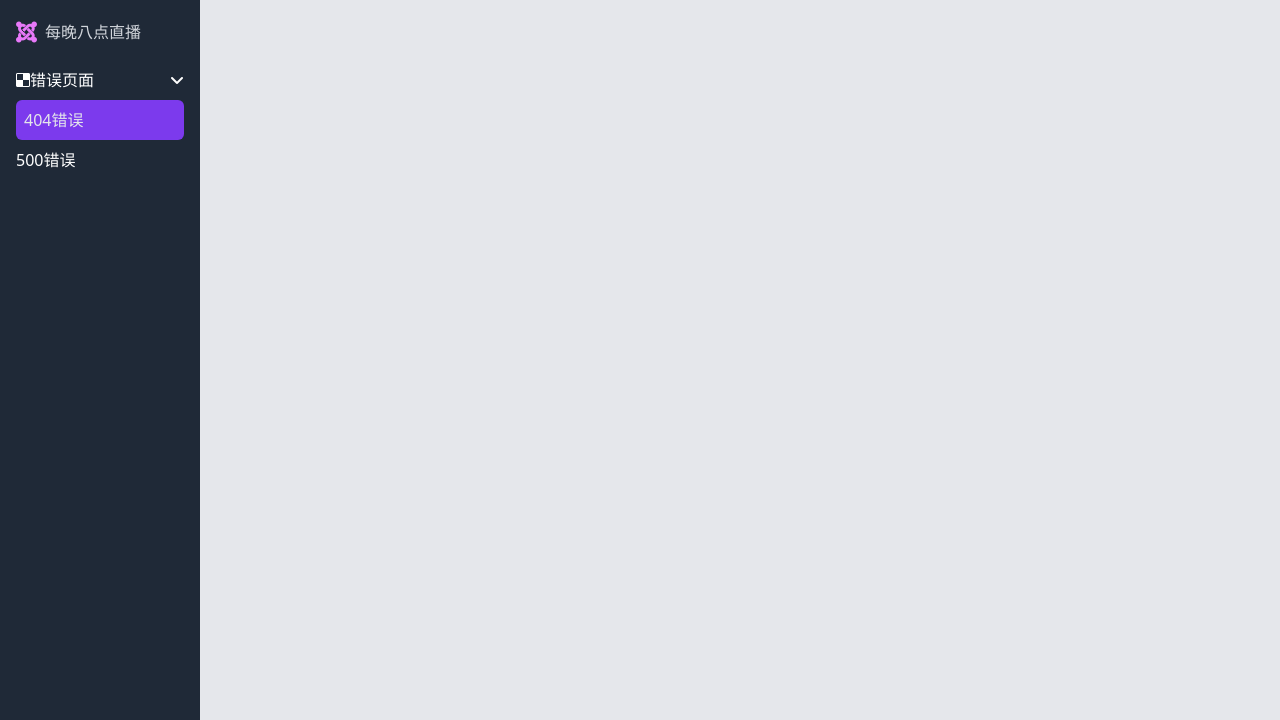
Repository: liangyingbo/vite-vue-TS
Page: /#/admin/home
An editor plug-in stored every save of this project. The page is shown before and after the next save, followed by the edit.
The browser window is 1280 px wide. The pictures show the whole page.
The project was rebuilt for these pictures with package versions that can differ from the ones it lists, and the page was loaded fresh each time. Also part of the build but not shown: vite.config.ts, src/components/form/HdButton.vue, src/components/form/HdInput.vue, src/components/form/hdLink.vue, src/styles/global.scss.

Above is the page before, as saved 2022-11-18 20:02:09.

### index.html
<!DOCTYPE html>
<html lang="en">
  <head>
    <meta charset="UTF-8" />
    <link rel="icon" type="image/svg+xml" href="/vite.svg" />
    <meta name="viewport" content="width=device-width, initial-scale=1.0" />
    <link href="https://cdn.bootcdn.net/ajax/libs/font-awesome/6.2.0/css/all.css" rel="stylesheet">
    <title>Vite + Vue + TS</title>
  </head>
  <body>
    <div id="app"></div>
    <script type="module" src="/src/main.ts"></script>
  </body>
</html>

### src/main.ts
import { createApp } from 'vue'
import router, { setupRouter } from '@/router'
import { setupPlugins } from '@/plugins'
import '@/styles/global.scss'
import App from './App.vue'

async function bootstrap() {
    const app = createApp(App)
    setupRouter(app)
    setupPlugins(app)
    await router.isReady()
    app.mount('#app')
}
bootstrap()

### src/router/index.ts
import { App } from 'vue';
import { createRouter, createWebHashHistory } from 'vue-router'
import routes from './routes';
import layoutRoutes from './autoLoad';
import guard from './guard';
const router = createRouter({
    history: createWebHashHistory(),
    routes : [...routes,...layoutRoutes]
})
export function setupRouter(app:App){

    guard(router)
    app.use(router)
}

export default router;

### src/plugins/index.ts
import { App } from "vue";
import { setupTailWindCssPlugin } from "./tailwindcss";

export function setupPlugins(app: App) {
    autoRegisterComponent(app)

    setupTailWindCssPlugin()
}



function autoRegisterComponent(app: App) {
    const components = import.meta.glob('../components/form/*.vue', { eager: true })
    console.log(components)
    Object.keys(components).forEach(key => {
        const name = key.split('/').pop()?.split('.')[0] as string

        app.component(name, components[key].default)
    })
}

### src/App.vue
<script setup lang="ts">

// import {info} from '@/apis/userApi'

//const response =  info()
// console.log(response.then(res=>res.data.age))
// console.log()

 </script>

 <template>

    <router-view ></router-view>
 </template>

<style scoped>
</style>

### src/router/routes.ts
import { RouteRecordRaw } from "vue-router"
 const routes = [
    {
        path:'/home',
        name:'home',
        component:() => import("@/views/home.vue"),
    }
]  as  RouteRecordRaw[]

export default routes

### src/router/autoLoad.ts
import { RouteRecordRaw } from "vue-router";


const layout = import.meta.glob('../layouts/*.vue')
const children = import.meta.glob('../views/**/*.vue')
function getRoutes() {
    const layoutRoutes = [] as RouteRecordRaw[]
    Object.entries(layout).forEach(([file, module]) => {
        const route = getRouteByModule(file, module)
        route.children = getChildrenRoutes(route)
        layoutRoutes.push(route)
    })
    return layoutRoutes
}


// 根据布局路由匹配子路由
function getChildrenRoutes(layoutRoute: RouteRecordRaw) {
    const routes = [] as RouteRecordRaw[]
    Object.entries(children).forEach(([file, module]) => {
        if (file.includes(`../views/${layoutRoute.name as string}`)) {
            const route = getRouteByModule(file, module)
            routes.push(route)
        }
    })
    return routes
}

function getRouteByModule(file: string, module: () => Promise<unknown>) {
    const name = file.replace(/.+layouts\/|.+views\/|\.vue/gi, '')
    const route = {
        name: name.replace('/', '.'),
        path: `/${name}`,
        component: module
    } as RouteRecordRaw

    return route
}
export default getRoutes()

### src/router/guard.ts
 import { RouteLocationNormalized, Router } from "vue-router"


class Guard {
    constructor(private router: Router) { }

    public run() {
          this.router.beforeEach((to,from) =>{
            console.log(to)
             if(!this.isLogin(to)) return {name:'auth.login'}


          })
    }

    private isLogin(route:RouteLocationNormalized){
        // console.log(route.meta)
        console.log(route.meta)
        return true
    }
}

export default (router: Router) => {
    new Guard(router).run()
}

### src/plugins/tailwindcss/index.ts
import './tailwindcss.css'

export function setupTailWindCssPlugin(){

}

### src/layouts/admin.vue
<template>
    <div>
         <router-view></router-view>
    </div>
</template>
<script lang="ts" setup>
import routes from "@/router/routes";


</script>

<script lang="ts">
export default {
    route:{meta:{auth:true}}
}
</script>

<style lang="scss" scoped>

</style>

### src/views/admin/home.vue
<template>
    <div class=" admin w-screen h-screen flex ">
        <div class="w-[200px] py-2 bg-gray-800">
             <div class="text-white  flex items-center py-2 px-4">
                <i class="fab fa-joomla text-2xl text-fuchsia-400 mr-2"></i>
                <span class="text-base text-gray-300">每晚八点直播</span>
             </div>
             <div class="left-container">
                <dt class="text-white mt-3">
                    <dl class="px-4">
                       <section class="flex justify-between items-center">
                        <div>
                        <i class="fab fa-delicious"></i>
                        <span>错误页面</span>
                        </div>

                        <i class="fas fa-angle-down"></i>

                       </section>
                         <dd class="my-2 px-2 py-2 bg-violet-600 rounded-md text-gray-200 cursor-pointer">404错误</dd>
                        <dd>500错误</dd>
                    </dl>
                </dt>
             </div>
        </div>
        <div class="bg-gray-200 flex-1">
            <router-view></router-view>
        </div>
    </div>
</template>

<script lang="ts" setup></script>

<style lang="scss" scoped>

</style>

Loaded but not shown: src/plugins/tailwindcss/tailwindcss.css (common file); tailwind.config.cjs (common file)

After the next save:
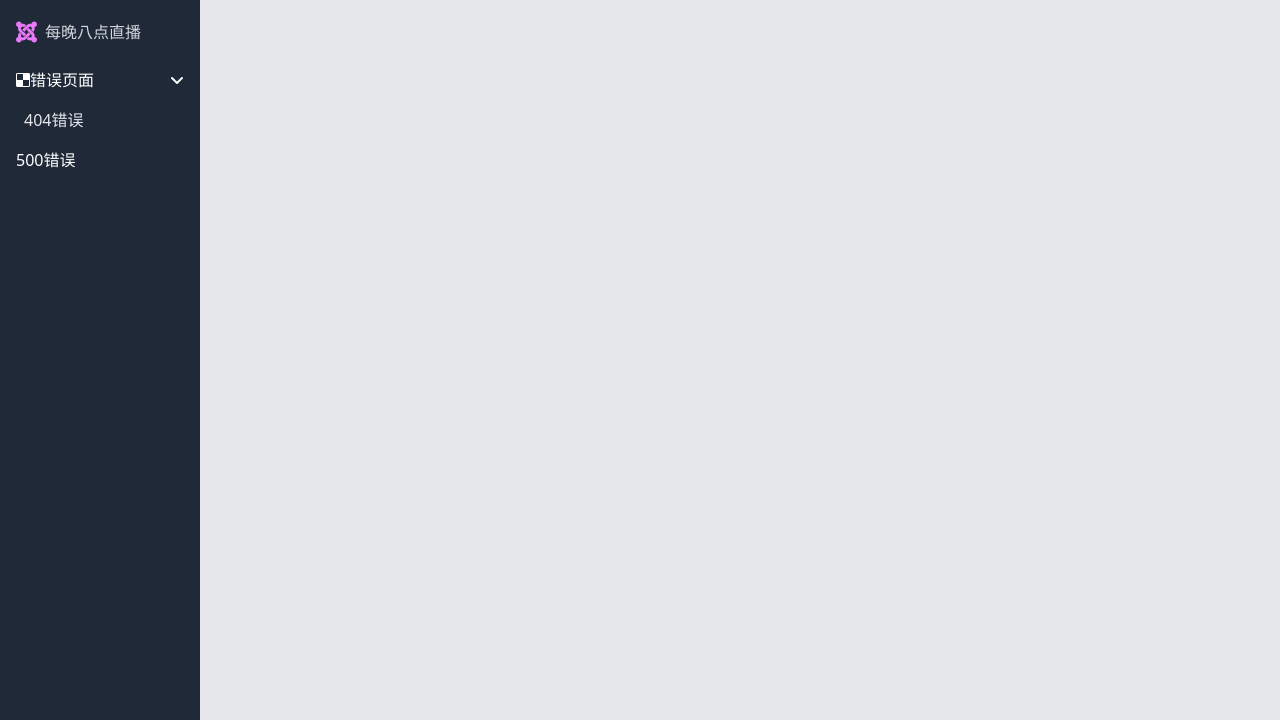
Saved 3 min 11 s later.
--- a/src/views/admin/home.vue
+++ b/src/views/admin/home.vue
@@ -17,7 +17,7 @@
                         <i class="fas fa-angle-down"></i>
 
                        </section>
-                         <dd class="my-2 px-2 py-2 bg-violet-600 rounded-md text-gray-200 cursor-pointer">404错误</dd>
+                         <dd class="my-2 px-2 py-2 rounded-md text-gray-200 cursor-pointer hover:bg-violet-600 ">404错误</dd>
                         <dd>500错误</dd>
                     </dl>
                 </dt>
